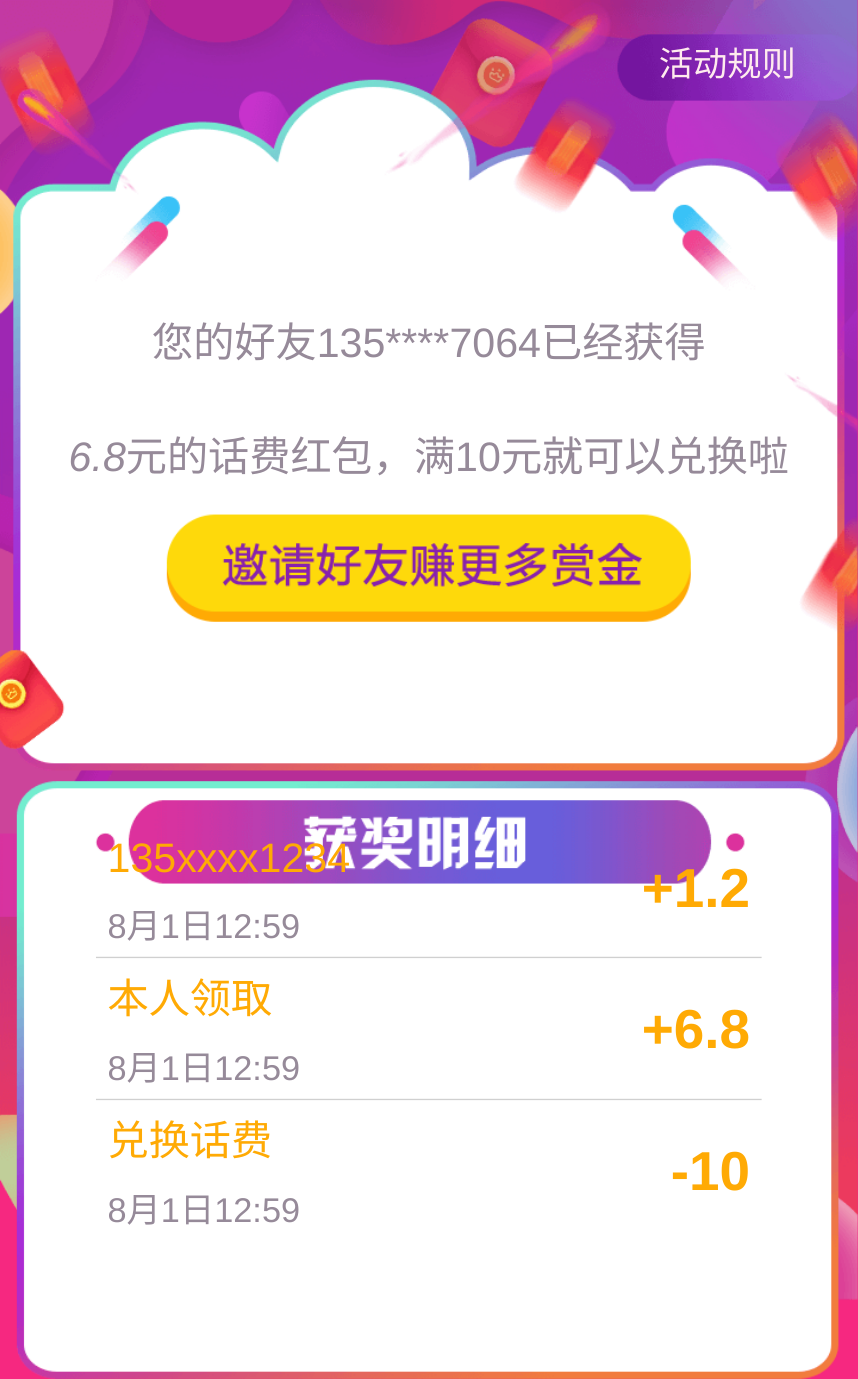
Repository: wangbiaozy/hb
Page: index_hjmx.html
The author's editor kept a copy of each file at every save. The page is drawn from the files as they stood at one save, then again after the next save.
The browser window is 1280 px wide. The pictures show the whole page, at 67% of full size.

Above is the page before, as saved 2018-08-16 11:15:49.

### index_hjmx.html
<!DOCTYPE html>
<html lang="en">
<head>
    <meta charset="UTF-8">
    <meta name="viewport" content="width=device-width, initial-scale=1.0, maximum-scale=1.0, minimum-scale=1.0, user-scalable=no, viewport-fit=cover">
    <meta http-equiv="X-UA-Compatible" content="ie=edge">
    <title>Document</title>
    <link rel="stylesheet" href="css/reset.min.css">
    <link rel="stylesheet/less" href="css/styles_1.less">
    <script src="js/less-1.7.0.min.js"></script>
</head>
<body>
    <section class="main">
        <a id="rule_btn" href="javascript:void(0)">活动规则</a>
        <!-- 获奖明细页 -->
        <div class="detail">
            <p>您的好友<span>135****7064</span>已经获得<br><i>6.8</i>元的话费红包，满10元就可以兑换啦</p>
            <a href="javascript:void(0)"></a>
            <ul>
                <li>
                    <p>135xxxx1234</p>
                    <p><span>8月1日</span><span>12:59</span></p>
                    <h3>+1.2</h3>
                </li>
                <li>
                    <p>本人领取</p>
                    <p><span>8月1日</span><span>12:59</span></p>
                    <h3>+6.8</h3>
                </li>
                <li>
                    <p>兑换话费</p>
                    <p><span>8月1日</span><span>12:59</span></p>
                    <h3>-10</h3>
                </li>
            </ul>
        </div>
    </section>

    <!-- 活动规则弹窗 -->
    <section class="rule">
        <a href="javascript:void(0)"></a>
        <ul>
            <li>1.活动期间，用户通过10086App开屏页，首页轮播图进入活动，领取10元的话费红包。自己可拆开随机金，剩余金额需分享并邀请好友帮忙拆开，每位可帮忙拆开随机金额，全部拆完即可兑换话费。</li>
            <li>2.邀请拆  红包的好友需为新注册10086App的用户，好友在活动页面输入邀请人的邀请码才能成功帮好友拆开红包，好友帮助拆开红包后同时可获得一个话费红包。</li>
            <li>3.用户需在当前红包全部拆完后，才可开启下一个红包。</li>
            <li>4.活动期间一经发现违规等恶意操作等作弊行为将取消获奖资格。</li>
            <li>5.活动期间，用户需持续下载并的登陆110086App，否则话费奖品无法发放。</li>
        </ul>
        <a href="javascript:void(0)"></a>
    </section>
    <!-- 遮罩层 -->
    <section class="mask" id="mask"></section>
</body>
</html>
<script src="js/jquery-1.10.1.min.js"></script>
<script src="js/index.js"></script>

### css/reset.min.css
@charset "utf-8";
/*默认样式清除和初始化*/
body,h1,h2,h3,h4,h5,h6,hr,p,blockquote,dl,dt,dd,ul,ol,li,button,input,textarea,th,td{margin:0;padding:0}body{font-size:12px;font-style:normal;font-family:"\5FAE\8F6F\96C5\9ED1",Helvetica,sans-serif}small{font-size:12px}h1{font-size:18px}h2{font-size:16px}h3{font-size:14px}h4,h5,h6{font-size:100%}ul,ol{list-style:none}a{text-decoration:none;background-color:transparent}a:hover,a:active{outline-width:0;text-decoration:none}table{border-collapse:collapse;border-spacing:0}hr{border:0;height:1px}img{border-style:none}img:not([src]){display:none}svg:not(:root){overflow:hidden}html{-webkit-touch-callout:none;-webkit-text-size-adjust:100%}input,textarea,button,a{-webkit-tap-highlight-color:rgba(0,0,0,0)}article,aside,details,figcaption,figure,footer,header,main,menu,nav,section,summary{display:block}audio,canvas,progress,video{display:inline-block}audio:not([controls]),video:not([controls]){display:none;height:0}progress{vertical-align:baseline}mark{background-color:#ff0;color:#000}sub,sup{position:relative;font-size:75%;line-height:0;vertical-align:baseline}sub{bottom:-0.25em}sup{top:-0.5em}button,input,select,textarea{font-size:100%;outline:0}button,input{overflow:visible}button,select{text-transform:none}textarea{overflow:auto}button,html [type="button"],[type="reset"],[type="submit"]{-webkit-appearance:button}button::-moz-focus-inner,[type="button"]::-moz-focus-inner,[type="reset"]::-moz-focus-inner,[type="submit"]::-moz-focus-inner{border-style:none;padding:0}button:-moz-focusring,[type="button"]:-moz-focusring,[type="reset"]:-moz-focusring,[type="submit"]:-moz-focusring{outline:1px dotted ButtonText}[type="checkbox"],[type="radio"]{box-sizing:border-box;padding:0}[type="number"]::-webkit-inner-spin-button,[type="number"]::-webkit-outer-spin-button{height:auto}[type="search"]{-webkit-appearance:textfield;outline-offset:-2px}[type="search"]::-webkit-search-cancel-button,[type="search"]::-webkit-search-decoration{-webkit-appearance:none}::-webkit-input-placeholder{color:inherit;opacity:.54}::-webkit-file-upload-button{-webkit-appearance:button;font:inherit}.clear:after{display:block;height:0;content:"";clear:both}
*{ -webkit-tap-highlight-color: rgba(0,0,0,0);-webkit-tap-highlight-color: transparent; /* For some Androids */ }

### js/index.js
(function (doc, win) {
    var docEl = doc.documentElement,
        resizeEvt = 'orientationchange' in window ? 'orientationchange' : 'resize',
        recalc = function () {
            var clientWidth = docEl.clientWidth;
            if (!clientWidth) return;
            docEl.style.fontSize = 100 * (clientWidth / 750) + 'px';
        };
    if (!doc.addEventListener) return;
    win.addEventListener(resizeEvt, recalc, false);
    doc.addEventListener('DOMContentLoaded', recalc, false);
})(document, window);
$(function () {

    //显示非中奖页背景
    function showFirstPageBg(){
        $('.main').removeClass('result');
    }
    //显示中奖页背景
    function showResultPageBg(){
        $('.main').addClass('result');
    }
    //显示活动规则弹窗
    $('#rule_btn').on('click',function(){
        $('.rule').show();
        showMask();
    });
    //关闭活动规则弹窗
    function hideRuleModel(){
        $('.rule').hide();
        hideMask();
    }
    $('.rule').on('click','a',function(){
        hideRuleModel();
    });
    //首页赚钱攻略按钮
    $('#gl_btn').on('click',function(){
        $('.gl').show();
        showMask();
    })
    //首页抽红包按钮
    $('#cj').on('click',function(){
        //奖品金额随机数
        var num = (Math.random()*9+1).toFixed(2);
        $('#moneyText').text(num);
        $('.result').show();
        $('.f_page').hide();
        showResultPageBg();
    });

    //显示弹窗
    function showModel(){
        $('.model').show();
        showMask();
    }

    //关闭弹窗
    $('.close').on('click',function(){
        $(this).parent().parent().hide();
        hideMask();
    });
    //显示遮罩层
    function showMask(){
        $("#mask").css("height",$(document).height());
        $("#mask").css("width",$(document).width());
        $("#mask").show();
        $('body').css('position','fixed');
    }
    //隐藏遮罩层
    function hideMask(){
        $("#mask").hide();
        $('body').css('position','unset');
    }
});

Loaded but not shown: js/less-1.7.0.min.js (library); js/jquery-1.10.1.min.js (library)

After the next save:
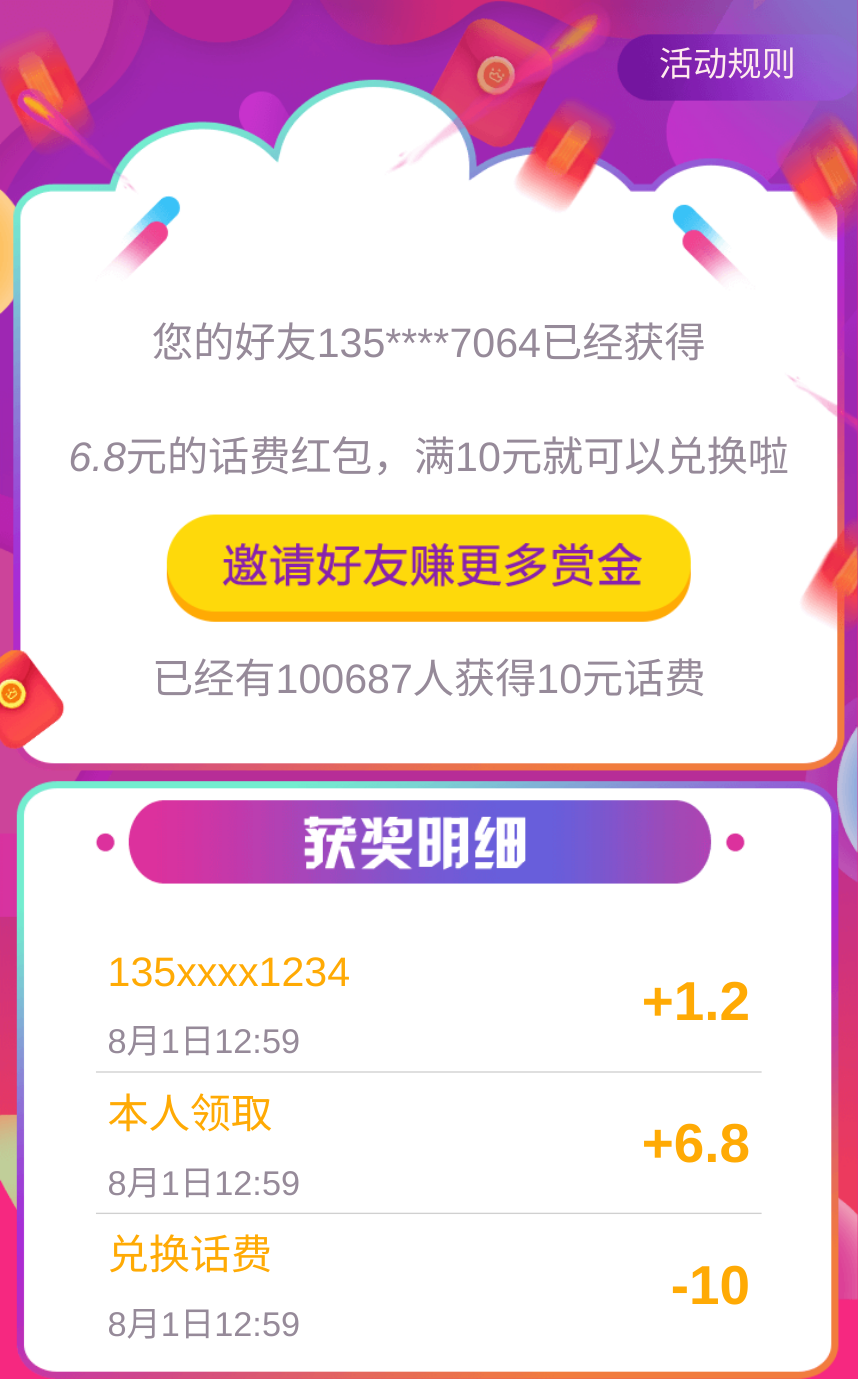
Saved 29 s later.
--- a/index_hjmx.html
+++ b/index_hjmx.html
@@ -16,6 +16,7 @@
         <div class="detail">
             <p>您的好友<span>135****7064</span>已经获得<br><i>6.8</i>元的话费红包，满10元就可以兑换啦</p>
             <a href="javascript:void(0)"></a>
+            <p>已经有<span>100687</span>人获得10元话费</p>
             <ul>
                 <li>
                     <p>135xxxx1234</p>
